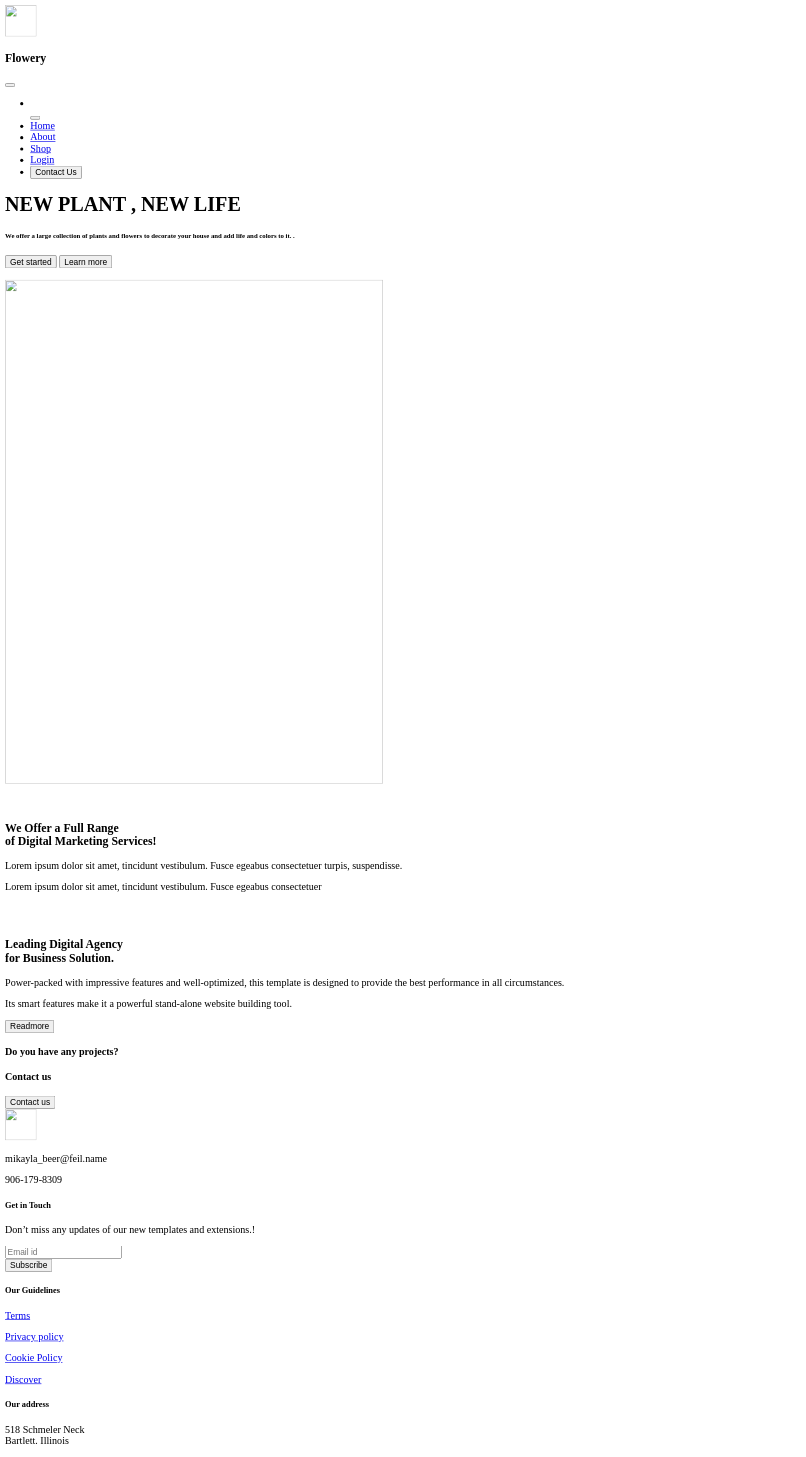
Repository: sara55m/Login
Page: http://localhost/welcome
An editor plug-in stored every save of this project. The page is shown before and after the next save, followed by the edit.
The browser window is 1280 px wide. The pictures show the whole page, at 63% of full size.
The page is served by the project's Laravel application, run on PHP 8.4 with Laravel 10. Other server files are loaded and not shown.

Above is the page before, as saved 2024-03-04 00:10:56.

### routes/web.php
<?php

use Illuminate\Support\Facades\Route;
use App\Http\Controllers\RegisterController;
use App\Http\Controllers\LoginController;

/*
|--------------------------------------------------------------------------
| Web Routes
|--------------------------------------------------------------------------
|
| Here is where you can register web routes for your application. These
| routes are loaded by the RouteServiceProvider and all of them will
| be assigned to the "web" middleware group. Make something great!
|
*/

Route::get('/welcome', function () {
    return view('welcome');
});


Route::get('/register', [RegisterController::class,'create']);


Route::post('/register/store', [RegisterController::class,'store']);

Route::get('/login', [LoginController::class,'create']);

Route::post('/login/store', [LoginController::class,'store']);

### resources/views/welcome.blade.php
<!DOCTYPE html>
<html lang="en">
<head>
  <title>Simple landing page</title>
  <meta charset="UTF-8">
  <meta name="viewport" content="width=device-width, initial-scale=1.0">
  <meta http-equiv="X-UA-Compatible" content="ie=edge">
  <link rel="stylesheet" href="css/style.min.css">
</head>
<body id="body" data-spy="scroll" data-target=".navbar" data-offset="100">
  <!---------------------------------------------------Header Section------------------------------------------------->
  <header id="header-section">
    <nav class="navbar navbar-expand-lg pl-3 pl-sm-0" id="navbar">
    <div class="container">
      <div class="navbar-brand-wrapper d-flex w-100">
        <img src="images/plant2.png" height="50" width="50"  alt="">
        <h3 class="nav-link">Flowery</h3>
        <button class="navbar-toggler ml-auto" type="button" data-toggle="collapse" data-target="#navbarSupportedContent" aria-controls="navbarSupportedContent" aria-expanded="false" aria-label="Toggle navigation">
          <span class="mdi mdi-menu navbar-toggler-icon"></span>
        </button>
      </div>
      <div class="collapse navbar-collapse navbar-menu-wrapper" id="navbarSupportedContent">
        <ul class="navbar-nav align-items-lg-center align-items-start ml-auto">
          <li class="d-flex align-items-center justify-content-between pl-4 pl-lg-0">
            <div class="navbar-collapse-logo">
              <img src="images/Group2.svg" alt="">
            </div>
            <button class="navbar-toggler close-button" type="button" data-toggle="collapse" data-target="#navbarSupportedContent" aria-controls="navbarSupportedContent" aria-expanded="false" aria-label="Toggle navigation">
              <span class="mdi mdi-close navbar-toggler-icon pl-5"></span>
            </button>
          </li>
          <li class="nav-item">
            <a class="nav-link" href="#">Home</a>
          </li>
          <li class="nav-item">
            <a class="nav-link" href="#digital-marketing-section">About</a>
          </li>
          <li class="nav-item">
            <a class="nav-link" href="#">Shop</a>
          </li>
          <li class="nav-item">
            <a class="nav-link" href="/login">Login</a>
          </li>
          <li class="nav-item btn-contact-us pl-4 pl-lg-0">
            <button class="btn btn-info" data-toggle="modal" data-target="#exampleModal">Contact Us</button>
          </li>
        </ul>
      </div>
    </div>
    </nav>
  </header>

  <!---------------------------------------------------End Of Header Section------------------------------------------------->

  <!---------------------------------------------------Content Section------------------------------------------------->

  <div class="banner" >
    <div class="container">
      <h1 class="font-weight-semibold">NEW PLANT , NEW LIFE</h1>
      <h6 class="font-weight-normal text-muted pb-3">We offer a large collection of plants and flowers to decorate your house and add life and colors to it. .</h6>
      <div>
        <button class="btn btn-opacity-light mr-1">Get started</button>
        <button class="btn btn-opacity-success ml-1">Learn more</button>
      </div>
      <br/>
      <div class="banner">
      <img src="images\photo_9_2024-03-03_23-14-07.jpg" alt="" height="800" width="600"  >
      </div>
    </div>
  </div>
  <br/>
  <br/>
  <div class="content-wrapper">
    <div class="container">
  <section class="digital-marketing-service" id="digital-marketing-section">
    <div class="row align-items-center">
      <div class="col-12 col-lg-7 grid-margin grid-margin-lg-0" data-aos="fade-right">
        <h3 class="m-0">We Offer a Full Range<br>of Digital Marketing Services!</h3>
        <div class="col-lg-7 col-xl-6 p-0">
          <p class="py-4 m-0 text-muted">Lorem ipsum dolor sit amet, tincidunt vestibulum. Fusce egeabus consectetuer turpis, suspendisse.</p>
          <p class="font-weight-medium text-muted">Lorem ipsum dolor sit amet, tincidunt vestibulum. Fusce egeabus consectetuer</p>
        </div>
      </div>
      <div class="col-12 col-lg-5 p-0 img-digital grid-margin grid-margin-lg-0" data-aos="fade-left">
        <img src="images\flowers.jpg" alt="" class="img-fluid">
      </div>
    </div>
    <div class="row align-items-center">
      <div class="col-12 col-lg-7 text-center flex-item grid-margin" data-aos="fade-right">
        <img src="images\pots.jpg" alt="" class="img-fluid">
      </div>
      <div class="col-12 col-lg-5 flex-item grid-margin" data-aos="fade-left">
        <h3 class="m-0">Leading Digital Agency<br>for  Business Solution.</h3>
        <div class="col-lg-9 col-xl-8 p-0">
          <p class="py-4 m-0 text-muted">Power-packed with impressive features and well-optimized, this template is designed to provide the best performance in all circumstances.</p>
          <p class="pb-2 font-weight-medium text-muted">Its smart features make it a powerful stand-alone website building tool.</p>
        </div>
        <button class="btn btn-info">Readmore</button>
      </div>
    </div>
  </section>
  <!---------------------------------------------------End Of Content Section------------------------------------------------->

  <!---------------------------------------------------Footer Section------------------------------------------------->
  <footer>

  <section class="contact-us" id="contact-section">
    <div class="contact-us-bgimage grid-margin" >
      <div class="pb-4">
        <h4 class="px-3 px-md-0 m-0" data-aos="fade-down">Do you have any projects?</h4>
        <h4 class="pt-1" data-aos="fade-down">Contact us</h4>
      </div>
      <div data-aos="fade-up">
        <button class="btn btn-rounded btn-outline-danger">Contact us</button>
      </div>
    </div>
  </section>

  <section class="contact-details" id="contact-details-section">
    <div class="row text-center text-md-left">
      <div class="col-12 col-md-6 col-lg-3 grid-margin ">
        <img src="images/plant2.png" height="50" width="50" alt="" class="pb-2">


        <div class="pt-2">

          <p class="text-muted m-0">mikayla_beer@feil.name</p>
          <p class="text-muted m-0">906-179-8309</p>
        </div>
      </div>
      <div class="col-12 col-md-6 col-lg-3 grid-margin">
        <h5 class="pb-2">Get in Touch</h5>
        <p class="text-muted">Don’t miss any updates of our new templates and extensions.!</p>
        <form>
          <input type="text" class="form-control" id="Email" placeholder="Email id">
        </form>
        <div class="pt-3">
          <button class="btn btn-dark">Subscribe</button>
        </div>
      </div>
      <div class="col-12 col-md-6 col-lg-3 grid-margin">
        <h5 class="pb-2">Our Guidelines</h5>
        <a href="#"><p class="m-0 pb-2">Terms</p></a>
        <a href="#" ><p class="m-0 pt-1 pb-2">Privacy policy</p></a>
        <a href="#"><p class="m-0 pt-1 pb-2">Cookie Policy</p></a>
        <a href="#"><p class="m-0 pt-1">Discover</p></a>
      </div>
      <div class="col-12 col-md-6 col-lg-3 grid-margin">
          <h5 class="pb-2">Our address</h5>
          <p class="text-muted">518 Schmeler Neck<br>Bartlett. Illinois</p>
          <div class="d-flex justify-content-center justify-content-md-start">
            <a href="#"><span class="mdi mdi-facebook"></span></a>
            <a href="#"><span class="mdi mdi-twitter"></span></a>
            <a href="#"><span class="mdi mdi-instagram"></span></a>
            <a href="#"><span class="mdi mdi-linkedin"></span></a>
          </div>
      </div>
    </div>
  </section>
    </div>
  </div>
  </footer>

  <!---------------------------------------------------End Of Footer Section------------------------------------------------->

</body>
</html>

After the next save:
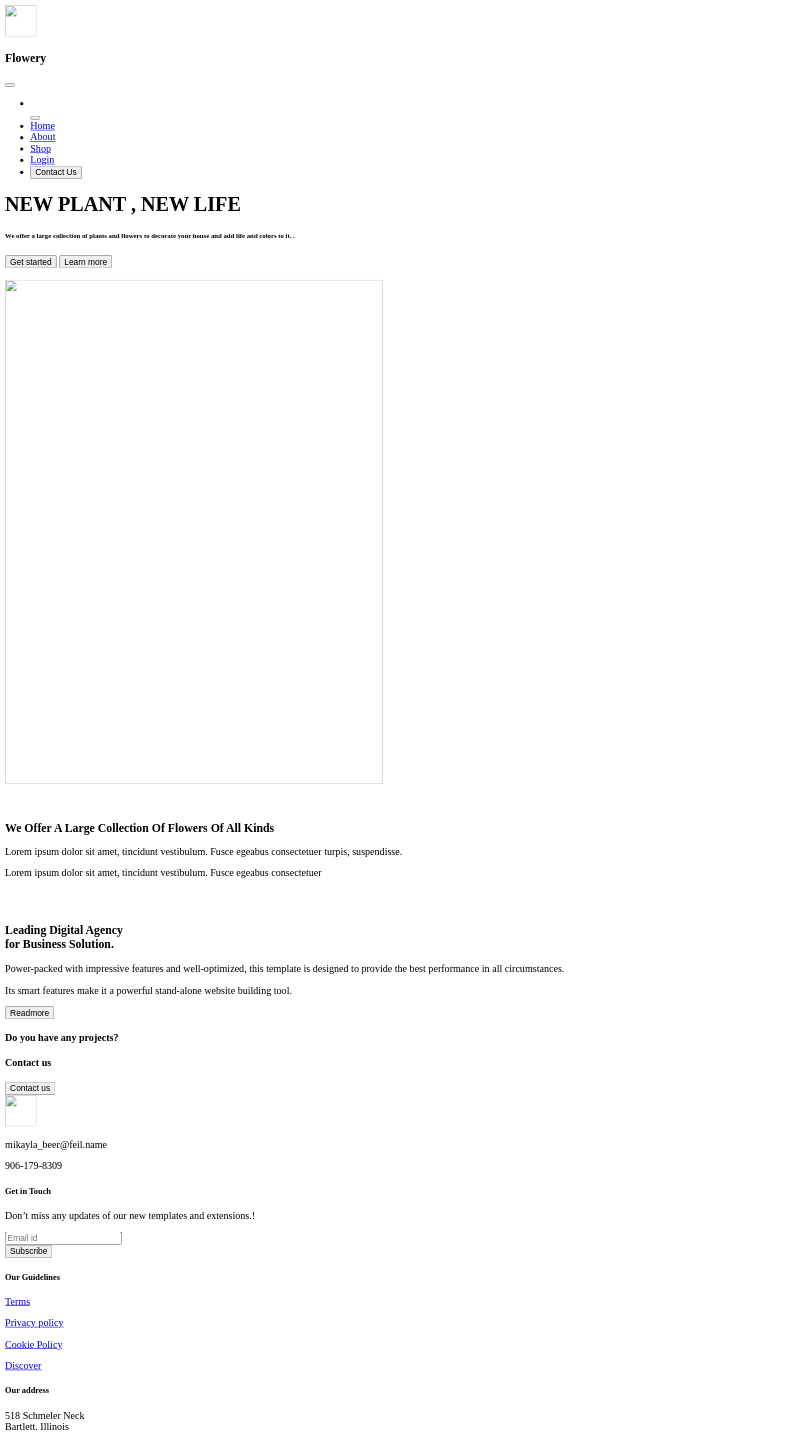
Saved 2 min 48 s later.
--- a/resources/views/welcome.blade.php
+++ b/resources/views/welcome.blade.php
@@ -75,7 +75,7 @@
   <section class="digital-marketing-service" id="digital-marketing-section">
     <div class="row align-items-center">
       <div class="col-12 col-lg-7 grid-margin grid-margin-lg-0" data-aos="fade-right">
-        <h3 class="m-0">We Offer a Full Range<br>of Digital Marketing Services!</h3>
+        <h3 class="m-0">We Offer A Large Collection Of Flowers Of All Kinds <br></h3>
         <div class="col-lg-7 col-xl-6 p-0">
           <p class="py-4 m-0 text-muted">Lorem ipsum dolor sit amet, tincidunt vestibulum. Fusce egeabus consectetuer turpis, suspendisse.</p>
           <p class="font-weight-medium text-muted">Lorem ipsum dolor sit amet, tincidunt vestibulum. Fusce egeabus consectetuer</p>
